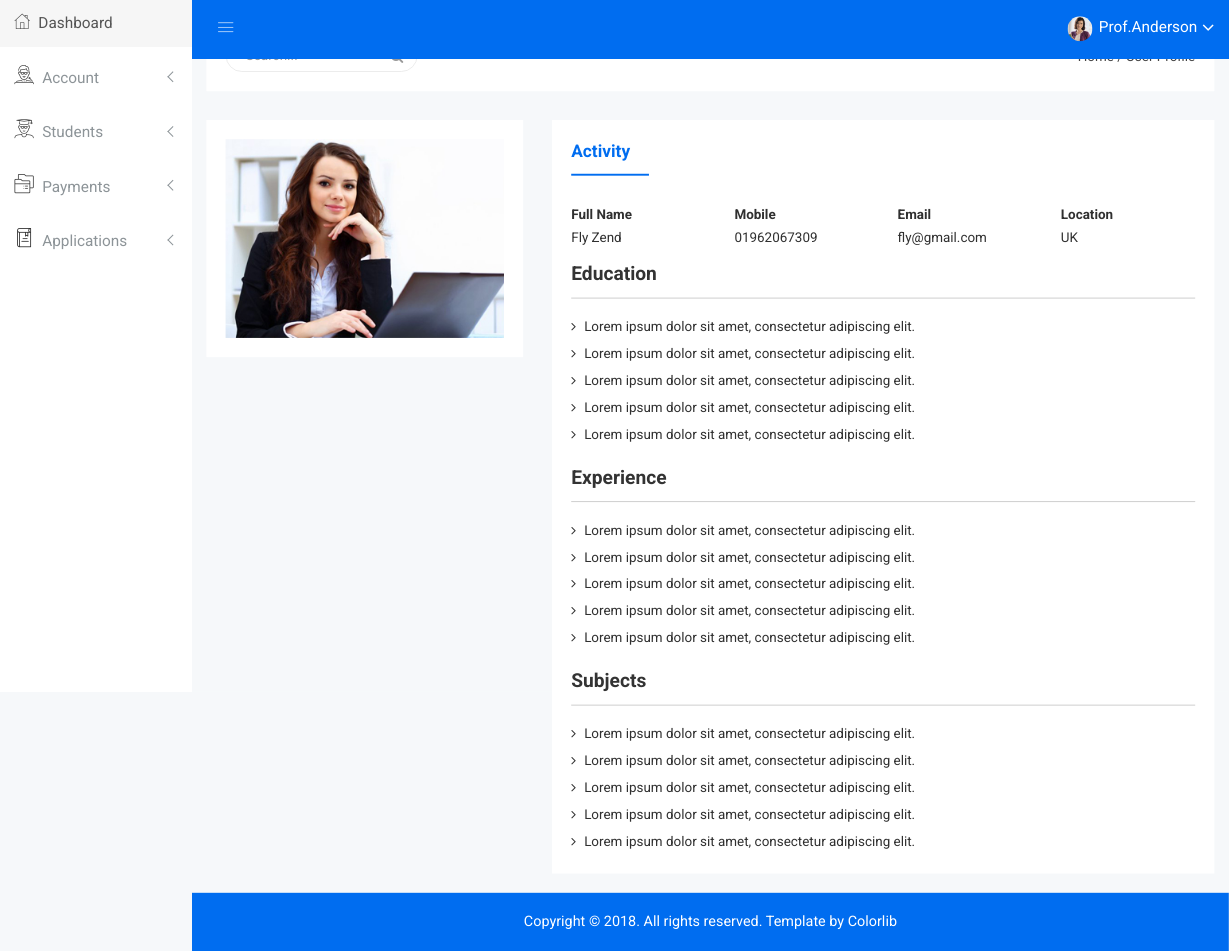
Repository: walterjnr1/crowdfunding-system
Page: http://localhost/Admin/user_profile.php
An editor plug-in stored every save of this project. The page is shown before and after the next save, followed by the edit.
The browser window is 1280 px wide. The pictures show the whole page, at 96% of full size.
The page is run by PHP 8.4 with error messages shown; the project is at /var/www/html/.

Above is the page before, as saved 2025-02-20 11:49:33.

After the next save:
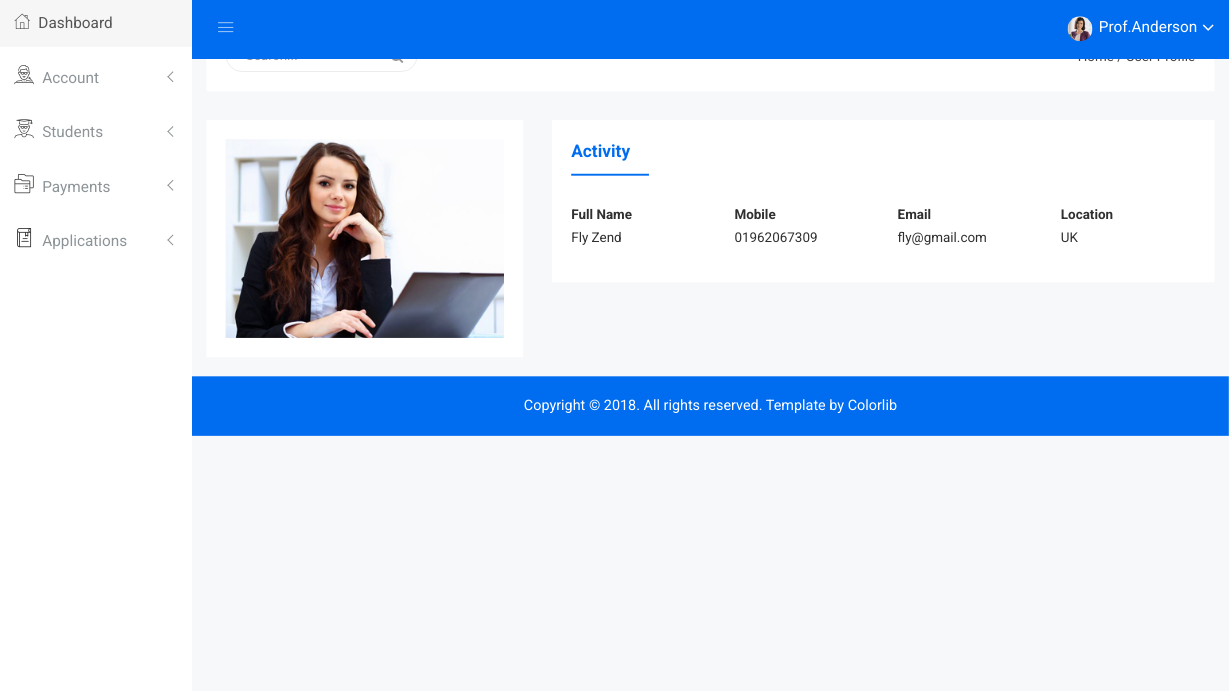
Saved 2 min 9 s later.
--- a/Admin/user_profile.php
+++ b/Admin/user_profile.php
@@ -134,69 +134,7 @@
                                                     </div>
                                                 </div>
 
-                                                <div class="row mg-b-15">
-                                                    <div class="col-lg-12">
-                                                        <div class="row">
-                                                            <div class="col-lg-12">
-                                                                <div class="skill-title">
-                                                                    <h2>Education</h2>
-                                                                    <hr />
-                                                                </div>
-                                                            </div>
-                                                        </div>
-                                                        <div class="ex-pro">
-                                                            <ul>
-                                                                <li><i class="fa fa-angle-right"></i> Lorem ipsum dolor sit amet, consectetur adipiscing elit.</li>
-                                                                <li><i class="fa fa-angle-right"></i> Lorem ipsum dolor sit amet, consectetur adipiscing elit.</li>
-                                                                <li><i class="fa fa-angle-right"></i> Lorem ipsum dolor sit amet, consectetur adipiscing elit.</li>
-                                                                <li><i class="fa fa-angle-right"></i> Lorem ipsum dolor sit amet, consectetur adipiscing elit.</li>
-                                                                <li><i class="fa fa-angle-right"></i> Lorem ipsum dolor sit amet, consectetur adipiscing elit.</li>
-                                                            </ul>
-                                                        </div>
-                                                    </div>
-                                                </div>
-                                                <div class="row mg-b-15">
-                                                    <div class="col-lg-12">
-                                                        <div class="row">
-                                                            <div class="col-lg-12">
-                                                                <div class="skill-title">
-                                                                    <h2>Experience</h2>
-                                                                    <hr />
-                                                                </div>
-                                                            </div>
-                                                        </div>
-                                                        <div class="ex-pro">
-                                                            <ul>
-                                                                <li><i class="fa fa-angle-right"></i> Lorem ipsum dolor sit amet, consectetur adipiscing elit.</li>
-                                                                <li><i class="fa fa-angle-right"></i> Lorem ipsum dolor sit amet, consectetur adipiscing elit.</li>
-                                                                <li><i class="fa fa-angle-right"></i> Lorem ipsum dolor sit amet, consectetur adipiscing elit.</li>
-                                                                <li><i class="fa fa-angle-right"></i> Lorem ipsum dolor sit amet, consectetur adipiscing elit.</li>
-                                                                <li><i class="fa fa-angle-right"></i> Lorem ipsum dolor sit amet, consectetur adipiscing elit.</li>
-                                                            </ul>
-                                                        </div>
-                                                    </div>
-                                                </div>
-                                                <div class="row">
-                                                    <div class="col-lg-12">
-                                                        <div class="row">
-                                                            <div class="col-lg-12">
-                                                                <div class="skill-title">
-                                                                    <h2>Subjects</h2>
-                                                                    <hr />
-                                                                </div>
-                                                            </div>
-                                                        </div>
-                                                        <div class="ex-pro">
-                                                            <ul>
-                                                                <li><i class="fa fa-angle-right"></i> Lorem ipsum dolor sit amet, consectetur adipiscing elit.</li>
-                                                                <li><i class="fa fa-angle-right"></i> Lorem ipsum dolor sit amet, consectetur adipiscing elit.</li>
-                                                                <li><i class="fa fa-angle-right"></i> Lorem ipsum dolor sit amet, consectetur adipiscing elit.</li>
-                                                                <li><i class="fa fa-angle-right"></i> Lorem ipsum dolor sit amet, consectetur adipiscing elit.</li>
-                                                                <li><i class="fa fa-angle-right"></i> Lorem ipsum dolor sit amet, consectetur adipiscing elit.</li>
-                                                            </ul>
-                                                        </div>
-                                                    </div>
-                                                </div>
+
                                             </div>
                                         </div>
                                     </div>
